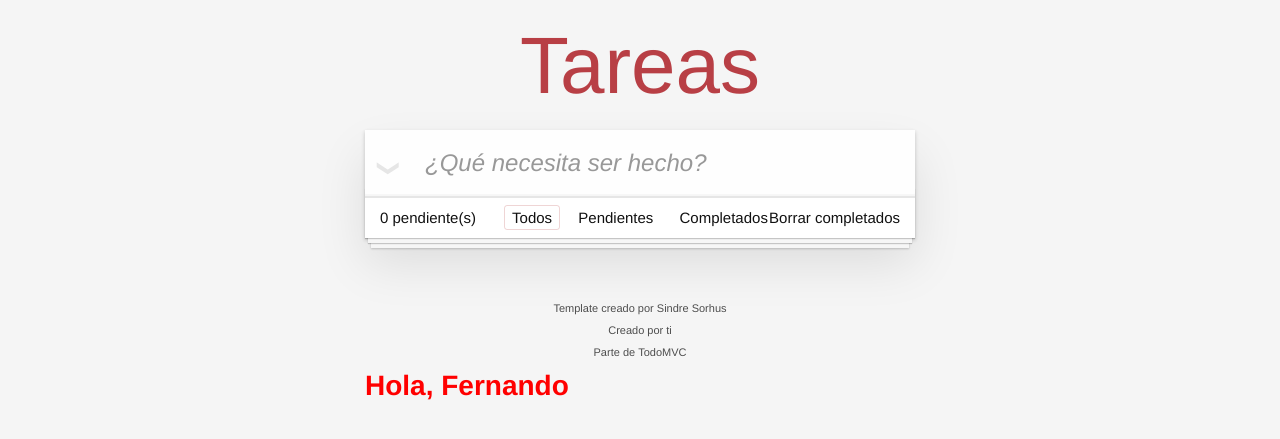
Repository: cgpera/todo-javascript
Page: /
The author's editor kept a copy of each file at every save. The page is drawn from the files as they stood at one save, then again after the next save.
The browser window is 1280 px wide. The pictures show the whole page.
The project was rebuilt for these pictures with package versions that can differ from the ones it lists, and the page was loaded fresh each time. Also part of the build but not shown: webpack.config.js.

Above is the page before, as saved 2021-03-11 11:22:57.

### src/index.html
<!doctype html>
<html lang="en">

<head>
    <meta charset="utf-8">
    <meta name="viewport" content="width=device-width, initial-scale=1">
    <title>Template • TodoMVC</title>
</head>

<body>
    <section class="todoapp">
        <header class="header">
            <h1>Tareas</h1>
            <input class="new-todo" placeholder="¿Qué necesita ser hecho?" autofocus>
        </header>
        <!-- This section should be hidden by default and shown when there are todos -->
        <section class="main">
            <input id="toggle-all" class="toggle-all" type="checkbox">
            <label for="toggle-all">Mark all as complete</label>
            <ul class="todo-list">
                <!-- These are here just to show the structure of the list items -->
                <!-- List items should get the class `editing` when editing and `completed` when marked as completed -->
                <!-- <li class="completed" data-id="abc">
                    <div class="view">
                        <input class="toggle" type="checkbox" checked>
                        <label>Probar JavaScript</label>
                        <button class="destroy"></button>
                    </div>
                    <input class="edit" value="Create a TodoMVC template">
                </li> -->
                <!-- <li>
						<div class="view">
							<input class="toggle" type="checkbox">
							<label>Comprar un unicornio</label>
							<button class="destroy"></button>
						</div>
						<input class="edit" value="Rule the web">
					</li> -->
            </ul>
        </section>
        <!-- This footer should hidden by default and shown when there are todos -->
        <footer class="footer">
            <!-- This should be `0 items left` by default -->
            <span class="todo-count"><strong>0</strong> pendiente(s)</span>
            <!-- Remove this if you don't implement routing -->
            <ul class="filters">
                <li>
                    <a class="selected filtro" class="selected" href="#/">Todos</a>
                </li>
                <li>
                    <a class="filtro" href="#/active">Pendientes</a>
                </li>
                <li>
                    <a class="filtro" href="#/completed">Completados</a>
                </li>
            </ul>
            <!-- Hidden if no completed items are left ↓ -->
            <button class="clear-completed">Borrar completados</button>
        </footer>
    </section>
    <footer class="info">

        <p>Template creado por <a href="http://sindresorhus.com">Sindre Sorhus</a></p>
        <!-- Change this out with your name and url ↓ -->
        <p>Creado por <a href="http://todomvc.com">ti</a></p>
        <p>Parte de <a href="http://todomvc.com">TodoMVC</a></p>
    </footer>


</body>

</html>

### src/index.js
import { saludar } from './js/componentes.js';
import './styles.css';


const nombre = 'Fernando';

saludar( nombre );

### src/styles.css
html,
body {
    margin: 0;
    padding: 0;
}

button {
    margin: 0;
    padding: 0;
    border: 0;
    background: none;
    font-size: 100%;
    vertical-align: baseline;
    font-family: inherit;
    font-weight: inherit;
    color: inherit;
    -webkit-appearance: none;
    appearance: none;
    -webkit-font-smoothing: antialiased;
    -moz-osx-font-smoothing: grayscale;
}

body {
    font: 14px 'Helvetica Neue', Helvetica, Arial, sans-serif;
    line-height: 1.4em;
    background: #f5f5f5;
    color: #111111;
    min-width: 230px;
    max-width: 550px;
    margin: 0 auto;
    -webkit-font-smoothing: antialiased;
    -moz-osx-font-smoothing: grayscale;
    font-weight: 300;
}

:focus {
    outline: 0;
}

.hidden {
    display: none;
}

.todoapp {
    background: #fff;
    margin: 130px 0 40px 0;
    position: relative;
    box-shadow: 0 2px 4px 0 rgba(0, 0, 0, 0.2), 0 25px 50px 0 rgba(0, 0, 0, 0.1);
}

.todoapp input::-webkit-input-placeholder {
    font-style: italic;
    font-weight: 300;
    color: rgba(0, 0, 0, 0.4);
}

.todoapp input::-moz-placeholder {
    font-style: italic;
    font-weight: 300;
    color: rgba(0, 0, 0, 0.4);
}

.todoapp input::input-placeholder {
    font-style: italic;
    font-weight: 300;
    color: rgba(0, 0, 0, 0.4);
}

.todoapp h1 {
    position: absolute;
    top: -140px;
    width: 100%;
    font-size: 80px;
    font-weight: 200;
    text-align: center;
    color: #b83f45;
    -webkit-text-rendering: optimizeLegibility;
    -moz-text-rendering: optimizeLegibility;
    text-rendering: optimizeLegibility;
}

.new-todo,
.edit {
    position: relative;
    margin: 0;
    width: 100%;
    font-size: 24px;
    font-family: inherit;
    font-weight: inherit;
    line-height: 1.4em;
    color: inherit;
    padding: 6px;
    border: 1px solid #999;
    box-shadow: inset 0 -1px 5px 0 rgba(0, 0, 0, 0.2);
    box-sizing: border-box;
    -webkit-font-smoothing: antialiased;
    -moz-osx-font-smoothing: grayscale;
}

.new-todo {
    padding: 16px 16px 16px 60px;
    border: none;
    background: rgba(0, 0, 0, 0.003);
    box-shadow: inset 0 -2px 1px rgba(0, 0, 0, 0.03);
}

.main {
    position: relative;
    z-index: 2;
    border-top: 1px solid #e6e6e6;
}

.toggle-all {
    width: 1px;
    height: 1px;
    border: none;
    /* Mobile Safari */
    opacity: 0;
    position: absolute;
    right: 100%;
    bottom: 100%;
}

.toggle-all+label {
    width: 60px;
    height: 34px;
    font-size: 0;
    position: absolute;
    top: -52px;
    left: -13px;
    -webkit-transform: rotate(90deg);
    transform: rotate(90deg);
}

.toggle-all+label:before {
    content: '❯';
    font-size: 22px;
    color: #e6e6e6;
    padding: 10px 27px 10px 27px;
}

.toggle-all:checked+label:before {
    color: #737373;
}

.todo-list {
    margin: 0;
    padding: 0;
    list-style: none;
}

.todo-list li {
    position: relative;
    font-size: 24px;
    border-bottom: 1px solid #ededed;
}

.todo-list li:last-child {
    border-bottom: none;
}

.todo-list li.editing {
    border-bottom: none;
    padding: 0;
}

.todo-list li.editing .edit {
    display: block;
    width: calc(100% - 43px);
    padding: 12px 16px;
    margin: 0 0 0 43px;
}

.todo-list li.editing .view {
    display: none;
}

.todo-list li .toggle {
    text-align: center;
    width: 40px;
    /* auto, since non-WebKit browsers doesn't support input styling */
    height: auto;
    position: absolute;
    top: 0;
    bottom: 0;
    margin: auto 0;
    border: none;
    /* Mobile Safari */
    -webkit-appearance: none;
    appearance: none;
}

.todo-list li .toggle {
    opacity: 0;
}

.todo-list li .toggle+label {
    /*
		Firefox requires `#` to be escaped - https://bugzilla.mozilla.org/show_bug.cgi?id=922433
		IE and Edge requires *everything* to be escaped to render, so we do that instead of just the `#` - https://developer.microsoft.com/en-us/microsoft-edge/platform/issues/7157459/
	*/
    background-image: url('data:[embedded picture, 299 characters]');
    background-repeat: no-repeat;
    background-position: center left;
}

.todo-list li .toggle:checked+label {
    background-image: url('data:[embedded picture, 400 characters]');
}

.todo-list li label {
    word-break: break-all;
    padding: 15px 15px 15px 60px;
    display: block;
    line-height: 1.2;
    transition: color 0.4s;
    font-weight: 400;
    color: #4d4d4d;
}

.todo-list li.completed label {
    color: #cdcdcd;
    text-decoration: line-through;
}

.todo-list li .destroy {
    display: none;
    position: absolute;
    top: 0;
    right: 10px;
    bottom: 0;
    width: 40px;
    height: 40px;
    margin: auto 0;
    font-size: 30px;
    color: #cc9a9a;
    margin-bottom: 11px;
    transition: color 0.2s ease-out;
}

.todo-list li .destroy:hover {
    color: #af5b5e;
}

.todo-list li .destroy:after {
    content: '×';
}

.todo-list li:hover .destroy {
    display: block;
}

.todo-list li .edit {
    display: none;
}

.todo-list li.editing:last-child {
    margin-bottom: -1px;
}

.footer {
    padding: 10px 15px;
    height: 20px;
    text-align: center;
    font-size: 15px;
    border-top: 1px solid #e6e6e6;
}

.footer:before {
    content: '';
    position: absolute;
    right: 0;
    bottom: 0;
    left: 0;
    height: 50px;
    overflow: hidden;
    box-shadow: 0 1px 1px rgba(0, 0, 0, 0.2), 0 8px 0 -3px #f6f6f6, 0 9px 1px -3px rgba(0, 0, 0, 0.2), 0 16px 0 -6px #f6f6f6, 0 17px 2px -6px rgba(0, 0, 0, 0.2);
}

.todo-count {
    float: left;
    text-align: left;
}

.todo-count strong {
    font-weight: 300;
}

.filters {
    margin: 0;
    padding: 0;
    list-style: none;
    position: absolute;
    right: 0;
    left: 0;
}

.filters li {
    display: inline;
}

.filters li a {
    color: inherit;
    margin: 3px;
    padding: 3px 7px;
    text-decoration: none;
    border: 1px solid transparent;
    border-radius: 3px;
}

.filters li a:hover {
    border-color: rgba(175, 47, 47, 0.1);
}

.filters li a.selected {
    border-color: rgba(175, 47, 47, 0.2);
}

.clear-completed,
html .clear-completed:active {
    float: right;
    position: relative;
    line-height: 20px;
    text-decoration: none;
    cursor: pointer;
}

.clear-completed:hover {
    text-decoration: underline;
}

.info {
    margin: 65px auto 0;
    color: #4d4d4d;
    font-size: 11px;
    text-shadow: 0 1px 0 rgba(255, 255, 255, 0.5);
    text-align: center;
}

.info p {
    line-height: 1;
}

.info a {
    color: inherit;
    text-decoration: none;
    font-weight: 400;
}

.info a:hover {
    text-decoration: underline;
}


/*
	Hack to remove background from Mobile Safari.
	Can't use it globally since it destroys checkboxes in Firefox
*/

@media screen and (-webkit-min-device-pixel-ratio:0) {
    .toggle-all,
    .todo-list li .toggle {
        background: none;
    }
    .todo-list li .toggle {
        height: 40px;
    }
}

@media (max-width: 430px) {
    .footer {
        height: 50px;
    }
    .filters {
        bottom: 10px;
    }
}

hr {
    margin: 20px 0;
    border: 0;
    border-top: 1px dashed #c5c5c5;
    border-bottom: 1px dashed #f7f7f7;
}

.learn a {
    font-weight: normal;
    text-decoration: none;
    color: #b83f45;
}

.learn a:hover {
    text-decoration: underline;
    color: #787e7e;
}

.learn h3,
.learn h4,
.learn h5 {
    margin: 10px 0;
    font-weight: 500;
    line-height: 1.2;
    color: #000;
}

.learn h3 {
    font-size: 24px;
}

.learn h4 {
    font-size: 18px;
}

.learn h5 {
    margin-bottom: 0;
    font-size: 14px;
}

.learn ul {
    padding: 0;
    margin: 0 0 30px 25px;
}

.learn li {
    line-height: 20px;
}

.learn p {
    font-size: 15px;
    font-weight: 300;
    line-height: 1.3;
    margin-top: 0;
    margin-bottom: 0;
}

#issue-count {
    display: none;
}

.quote {
    border: none;
    margin: 20px 0 60px 0;
}

.quote p {
    font-style: italic;
}

.quote p:before {
    content: '“';
    font-size: 50px;
    opacity: .15;
    position: absolute;
    top: -20px;
    left: 3px;
}

.quote p:after {
    content: '”';
    font-size: 50px;
    opacity: .15;
    position: absolute;
    bottom: -42px;
    right: 3px;
}

.quote footer {
    position: absolute;
    bottom: -40px;
    right: 0;
}

.quote footer img {
    border-radius: 3px;
}

.quote footer a {
    margin-left: 5px;
    vertical-align: middle;
}

.speech-bubble {
    position: relative;
    padding: 10px;
    background: rgba(0, 0, 0, .04);
    border-radius: 5px;
}

.speech-bubble:after {
    content: '';
    position: absolute;
    top: 100%;
    right: 30px;
    border: 13px solid transparent;
    border-top-color: rgba(0, 0, 0, .04);
}

.learn-bar>.learn {
    position: absolute;
    width: 272px;
    top: 8px;
    left: -300px;
    padding: 10px;
    border-radius: 5px;
    background-color: rgba(255, 255, 255, .6);
    transition-property: left;
    transition-duration: 500ms;
}

@media (min-width: 899px) {
    .learn-bar {
        width: auto;
        padding-left: 300px;
    }
    .learn-bar>.learn {
        left: 8px;
    }
}

### src/classes/todo.class.js
export class Todo {

    constructor(tarea) {

        this.tarea = tarea;
        this.id = new Date().getTime();
        this.completado = false;
        this.creado = new Date();
    }
}

Loaded but not shown: src/js/componentes.js (common file); src/css/componentes.css (common file)

After the next save:
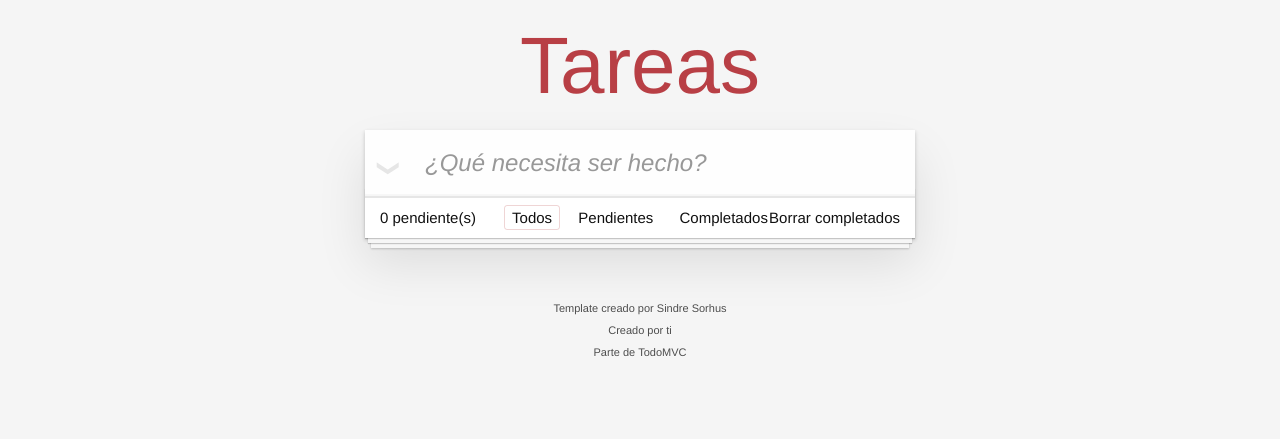
Saved 2 min 38 s later.
--- a/src/index.js
+++ b/src/index.js
@@ -1,7 +1,5 @@
-import { saludar } from './js/componentes.js';
 import './styles.css';
 
+import { Todo } from './classes/todo.class';
 
-const nombre = 'Fernando';
-
-saludar( nombre );
+const tarea = new Todo();
